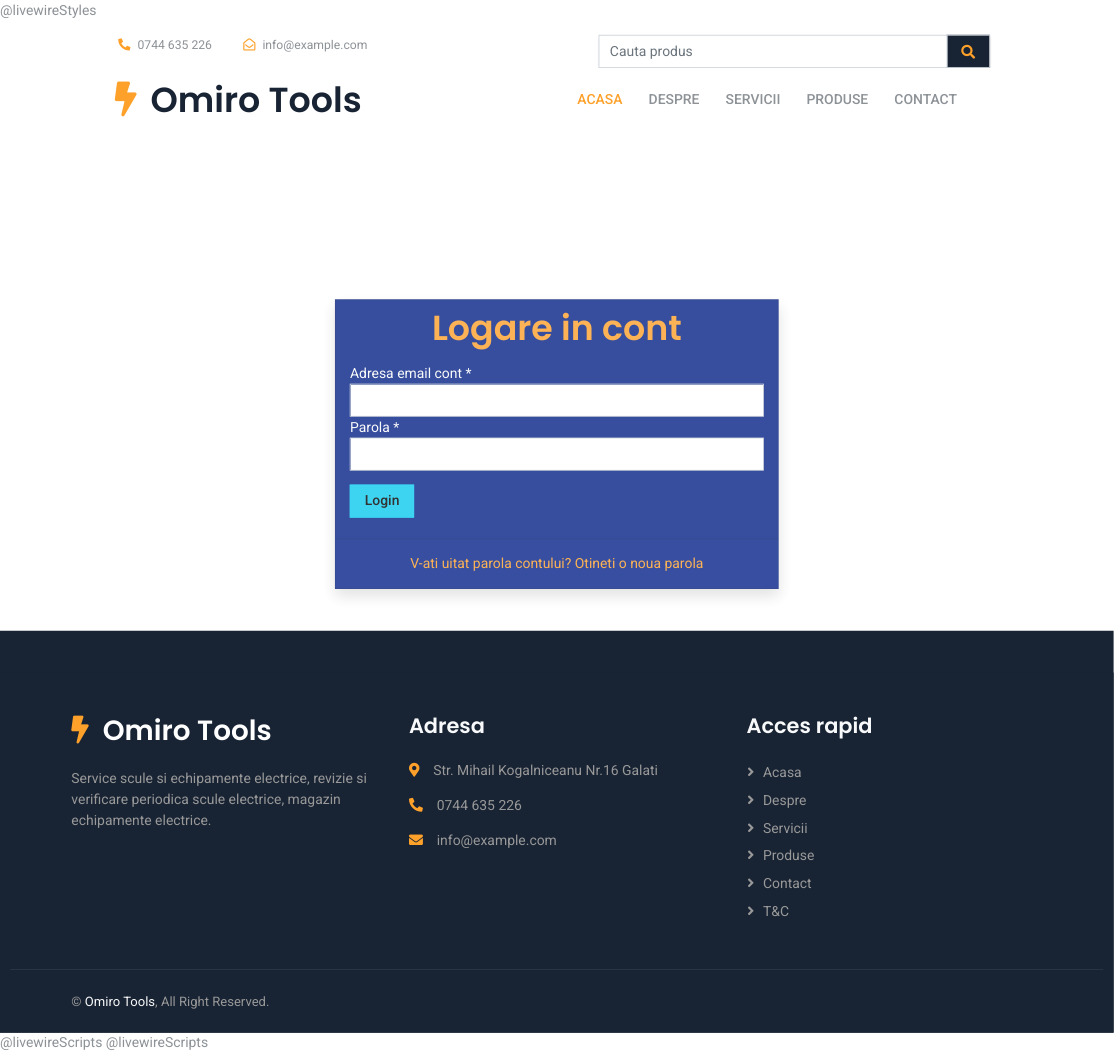
Repository: sorina0109/laravel_test
Page: http://localhost/login
An editor plug-in stored every save of this project. The page is shown before and after the next save, followed by the edit.
The browser window is 1280 px wide. The pictures show the whole page, at 87% of full size.
Some web libraries are served in a nearby version. The page is served by the project's Laravel application, run on PHP 8.4 with Laravel 10.

Above is the page before, as saved 2023-08-15 15:38:44.

After the next save:
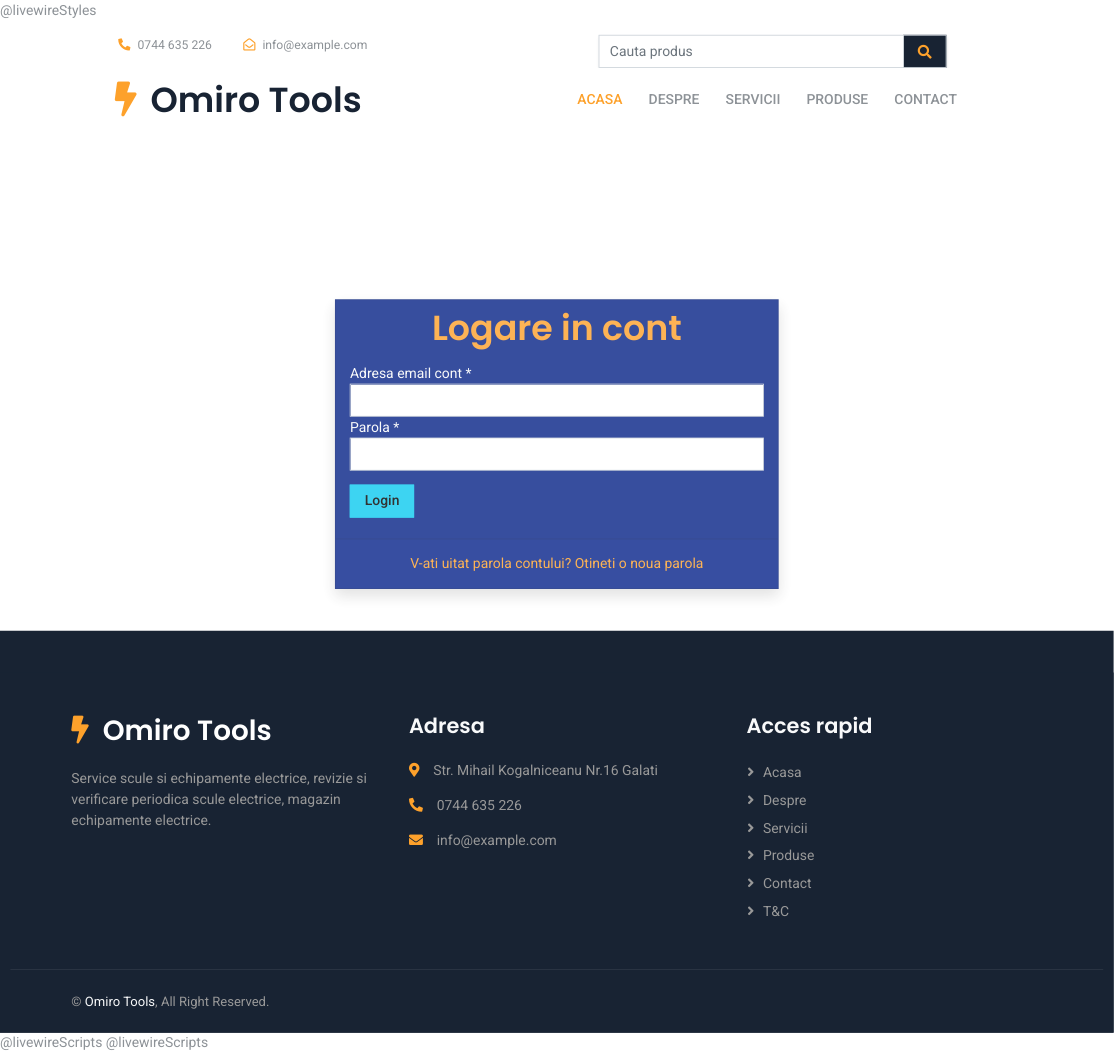
Saved 19 s later.
--- a/resources/views/front/partials/topbar.blade.php
+++ b/resources/views/front/partials/topbar.blade.php
@@ -17,7 +17,7 @@
         </div>
         <div class="col-lg-5 d-none d-lg-block text-end px-5 pt-3" >
             <form style="display: inline-block;" action="{{ route('search') }}" method="GET" id="search-bar">
-                <div class="input-group shadow-sm" style="width: 450px;">
+                <div class="input-group shadow-sm" style="width: 400px;">
                     <input name="search_product" type="text" class="form-control " placeholder="Cauta produs" >
                     <div class="input-group-append" onclick="document.getElementById('search-bar').submit()"
                             style="cursor:pointer;">
